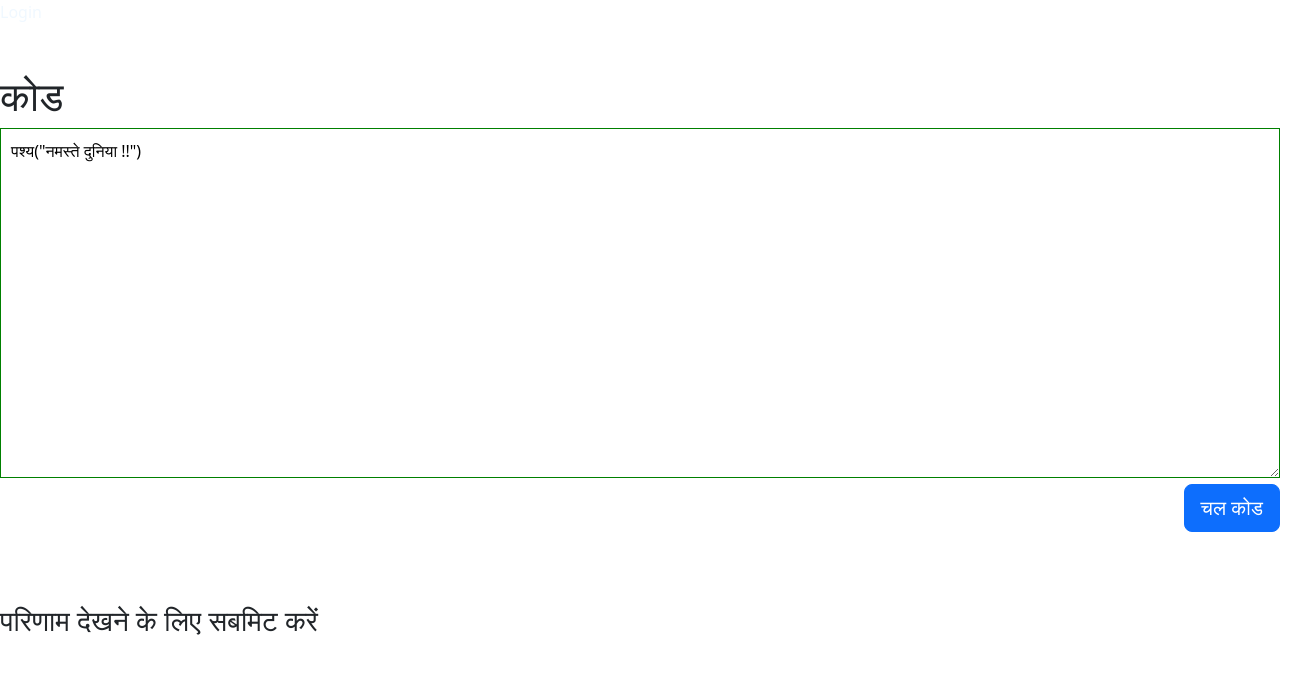
Repository: Vivek3072/webapp_shuniya_code.com
Page: /
The author's editor kept a copy of each file at every save. The page is drawn from the files as they stood at one save, then again after the next save.
The browser window is 1280 px wide. The page is 1292 px wide, so the pictures cover 1292 px, including what lies to the right of the window. The pictures show the whole page.
The project was rebuilt for these pictures with package versions that can differ from the ones it lists, and the page was loaded fresh each time. Also part of the build but not shown: src/components/Login.js, src/components/Singup.js. Imported but missing from the stored project, and not drawn on this page: src/axiosApi.

Above is the page before, as saved 2021-02-27 22:08:39.

### public/index.html
<!DOCTYPE html>
<html lang="en">
  <head>
    <meta charset="utf-8" />
    <link rel="icon" href="%PUBLIC_URL%/favicon.ico" />
    <meta name="viewport" content="width=device-width, initial-scale=1" />
    <meta name="theme-color" content="#000000" />
    <meta
      name="description"
      content="Web site created using create-react-app"
    />
    <link rel="apple-touch-icon" href="%PUBLIC_URL%/logo192.png" />
    <!-- CSS only -->
    <link href="https://cdn.jsdelivr.net/npm/bootstrap@5.0.0-beta2/dist/css/bootstrap.min.css" rel="stylesheet" integrity="sha384-BmbxuPwQa2lc/FVzBcNJ7UAyJxM6wuqIj61tLrc4wSX0szH/Ev+nYRRuWlolflfl" crossorigin="anonymous">
    <script src="https://cdn.jsdelivr.net/npm/bootstrap@5.0.0-beta2/dist/js/bootstrap.bundle.min.js" integrity="sha384-b5kHyXgcpbZJO/tY9Ul7kGkf1S0CWuKcCD38l8YkeH8z8QjE0GmW1gYU5S9FOnJ0" crossorigin="anonymous"></script>
    <!--
      manifest.json provides metadata used when your web app is installed on a
      user's mobile device or desktop. See https://developers.google.com/web/fundamentals/web-app-manifest/
    -->
    <link rel="manifest" href="%PUBLIC_URL%/manifest.json" />
    <!--
      Notice the use of %PUBLIC_URL% in the tags above.
      It will be replaced with the URL of the `public` folder during the build.
      Only files inside the `public` folder can be referenced from the HTML.

      Unlike "/favicon.ico" or "favicon.ico", "%PUBLIC_URL%/favicon.ico" will
      work correctly both with client-side routing and a non-root public URL.
      Learn how to configure a non-root public URL by running `npm run build`.
    -->
    <title>React App</title>
  </head>
  <body>
    <noscript>You need to enable JavaScript to run this app.</noscript>
    <div id="root"></div>
    <!--
      This HTML file is a template.
      If you open it directly in the browser, you will see an empty page.

      You can add webfonts, meta tags, or analytics to this file.
      The build step will place the bundled scripts into the <body> tag.

      To begin the development, run `npm start` or `yarn start`.
      To create a production bundle, use `npm run build` or `yarn build`.
    -->
  </body>
</html>

### src/index.js
import React from 'react';
import ReactDOM from 'react-dom';
import './index.css';
import App from './App';
import reportWebVitals from './reportWebVitals';
import {BrowserRouter} from 'react-router-dom'
ReactDOM.render(
  <BrowserRouter>
    <App />
  </BrowserRouter>,
  document.getElementById('root')
);

// If you want to start measuring performance in your app, pass a function
// to log results (for example: reportWebVitals(console.log))
// or send to an analytics endpoint. Learn more: https://bit.ly/CRA-vitals
reportWebVitals();

### src/App.js

import React, { Component} from "react";
import { Switch, Route, Link ,withRouter} from "react-router-dom";
import Login from "./components/Login";
import Signup from "./components/Singup";
// import Hello from "./hello";

import axiosInstance from "./axiosApi";

import home from './home'
import 'bootstrap/dist/css/bootstrap.min.css';
import './App.css'
class App extends Component {


    constructor() {
        super();
        this.handleLogout = this.handleLogout.bind(this);
    }

    async handleLogout() {
        try {
            const response = await axiosInstance.post('/blacklist/', {
                "refresh_token": localStorage.getItem("refresh_token")
            });
            localStorage.removeItem('access_token');
            localStorage.removeItem('refresh_token');
            axiosInstance.defaults.headers['Authorization'] = null;
            this.props.history.push('/');
            return response;
        }
        catch (e) {
            console.log(e);
        }
    };


    render() {
        const token=localStorage.getItem('access_token');
        console.log(token)
        return (
            <div className="Container-fluid">
                <nav>
                {token ? <button onClick={this.handleLogout}>Logout</button>:<Link to="/login">Login</Link> }

                </nav>
                    <Switch>
                     <Route exact path="/" component={home}  />
                        <Route exact path={"/login/"} component={Login}/>
                        <Route exact path={"/signup/"} component={Signup}/>
                    </Switch>

            </div>
        );
    }
}

export default withRouter(App);

### src/home/index.js
import React, { Component } from "react";
import axios from "axios";
import './Index.css'
export default class home extends Component {
  constructor(props) {
    super(props);
    this.state = {
      texteditor: "",
      showtext: "",
      isSubmited: false,
      isloaded: false,
    };
  }
  submitHandler = () => {
    this.setState({
      isloaded: false,
      isSubmited: true,
    });
    var getText = document.getElementById("texteditor").value;
    console.log(getText);
    var code_text_b64 = btoa(unescape(encodeURIComponent(getText)));
    const postBody = {
      code_file_name: "a.py",
      code_input: "1",
      code_text_b64: code_text_b64,
      input_flag: "ABSENT",
    };
    var postContent = JSON.stringify(postBody);
    const headers = {
      "Content-Type": "application/json",
    };
    const res = axios
      .post(
        "http://ec2-13-232-16-70.ap-south-1.compute.amazonaws.com:8000/api/v1/web_ide/",
        postContent,
        headers
      )
      .then((res) => {
        this.setState({
          showtext: res.data,
          isloaded: true,
        });
      });
  };
  render() {
    return (
      <div>
        <br></br>
        <br></br>
          <div className="row">
            <div className="col-sm-12 col-md-12 col-lg-12">
              <h1>कोड</h1>
              <textarea id="texteditor" className="editorArea">
                पश्य("नमस्ते दुनिया !!")
              </textarea>
              <div
                className="menu-bar"
                style={{ position: "relative", textAlign: "end" }}
              >
                <button
                  className="btn btn-lg btn-primary submit-btn"
                  onClick={this.submitHandler}
                >
                  चल कोड
                </button>
              </div>
            </div>
            <div className="col-sm-12 col-md-12 col-lg-12">
              <div className="menu-bar"></div>
              <br></br>
              <br></br>
              <br></br>

              {this.state.isSubmited ? (
                <div>
                  <h1>परिणाम</h1>
                  {this.state.isloaded ? (
                    <textarea className="sub" value={this.state.showtext}>
                      {" "}
                    </textarea>
                  ) : (
                    <div>
                      <h6>प्रोसेसिंग....................</h6>
                      <div className="loader"></div>
                    </div>
                  )}
                </div>
              ) : (
                <h3>परिणाम देखने के लिए सबमिट करें</h3>
              )}
            </div>
          </div>
        </div>

    );
  }
}

### src/App.css

.editor_area{
  height: 500px;
}
textarea{
  position: relative;
  width: 100%;
  height: 200px;
  padding: 20px;
}

.loader {
  position: relative;
  margin-top: 100px;
  left: 50%;
  transform: translate(-50%,-50%);
  width: 100px;
  height: 100px;
  border: 20px solid;
  border-top-color:  rgb(11, 39, 133);
  border-bottom-color: rgb(90, 204, 90);
  border-right-color: rgb(73, 52, 167);
  border-left-color: rgb(212, 28, 28);
  border-radius: 50%;
  animation: spin 2s infinite linear;
}
@keyframes spin {
  from {
      transform: translate(-50%,-50%) rotate(0deg);
  }
  to {
      transform: translate(-50%,-50%) rotate(360deg);
  }
}

li{
  padding: 20px;
}
a{
  color: aliceblue;
  text-decoration: none;
}
a:hover{
  color: rgb(0, 255, 0);
}

### src/home/Index.css
.editorArea{
    margin: auto;
    width: 100%;
    border: 1px solid green;
    padding: 10px;
    height: 350px;
}

Loaded but not shown: src/index.css (common file); src/reportWebVitals.js (common file)

After the next save:
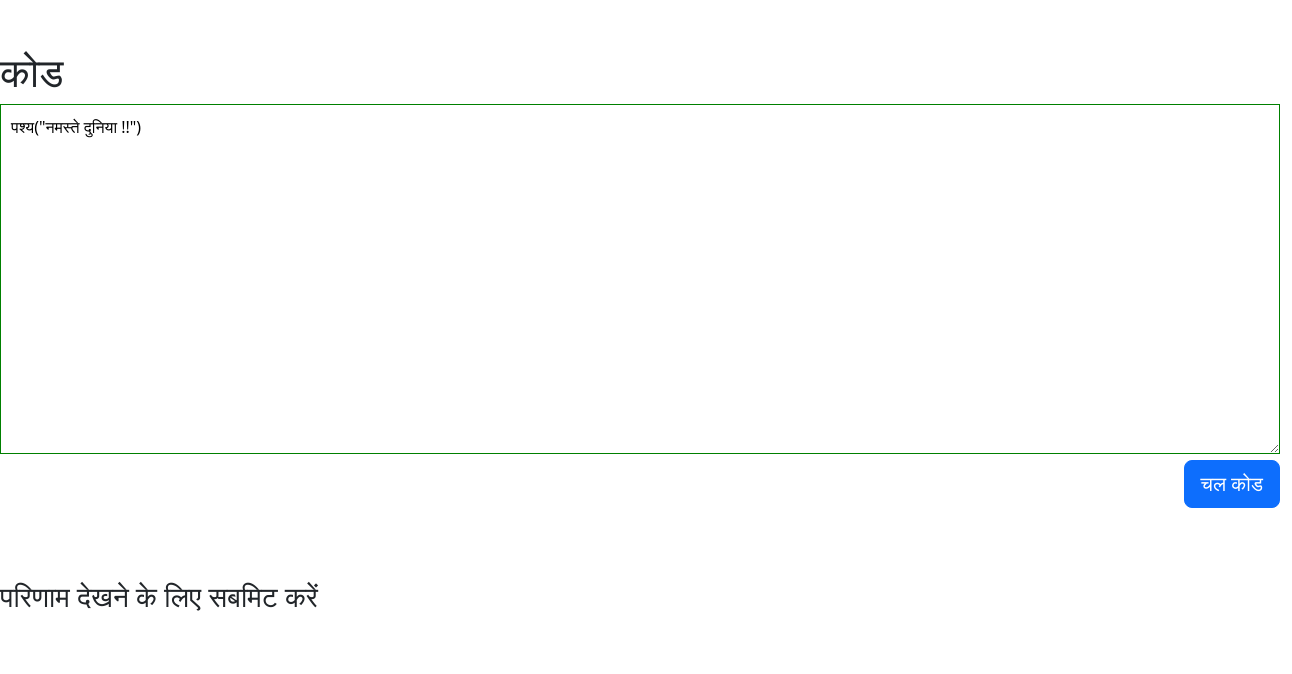
Saved 2 min 13 s later.
--- a/src/App.js
+++ b/src/App.js
@@ -40,10 +40,10 @@ class App extends Component {
         console.log(token)
         return (
             <div className="Container-fluid">
-                <nav>
+                {/* <nav>
                 {token ? <button onClick={this.handleLogout}>Logout</button>:<Link to="/login">Login</Link> }
 
-                </nav>
+                </nav> */}
                     <Switch>
                      <Route exact path="/" component={home}  />
                         <Route exact path={"/login/"} component={Login}/>
